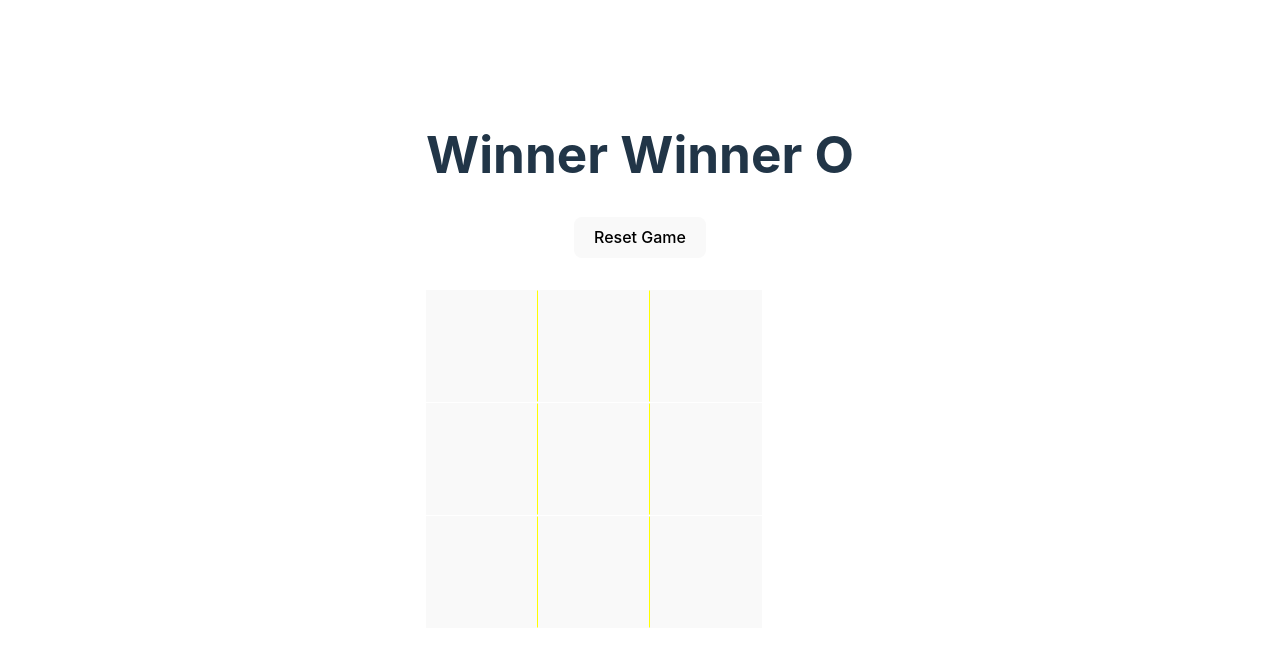
Repository: krbrennan/tic-tac-toe
Page: / (app in tic-tac-toe/)
These files come from the project's save history. The page is drawn as it stood at one moment and after the next save; the edit follows.
The browser window is 1280 px wide. The pictures show the whole page.
The project was rebuilt for these pictures with package versions that can differ from the ones it lists, and the page was loaded fresh each time. Also part of the build but not shown: tic-tac-toe/vite.config.js.

Above is the page before, as saved 2024-06-20 20:17:16.

After the next save:
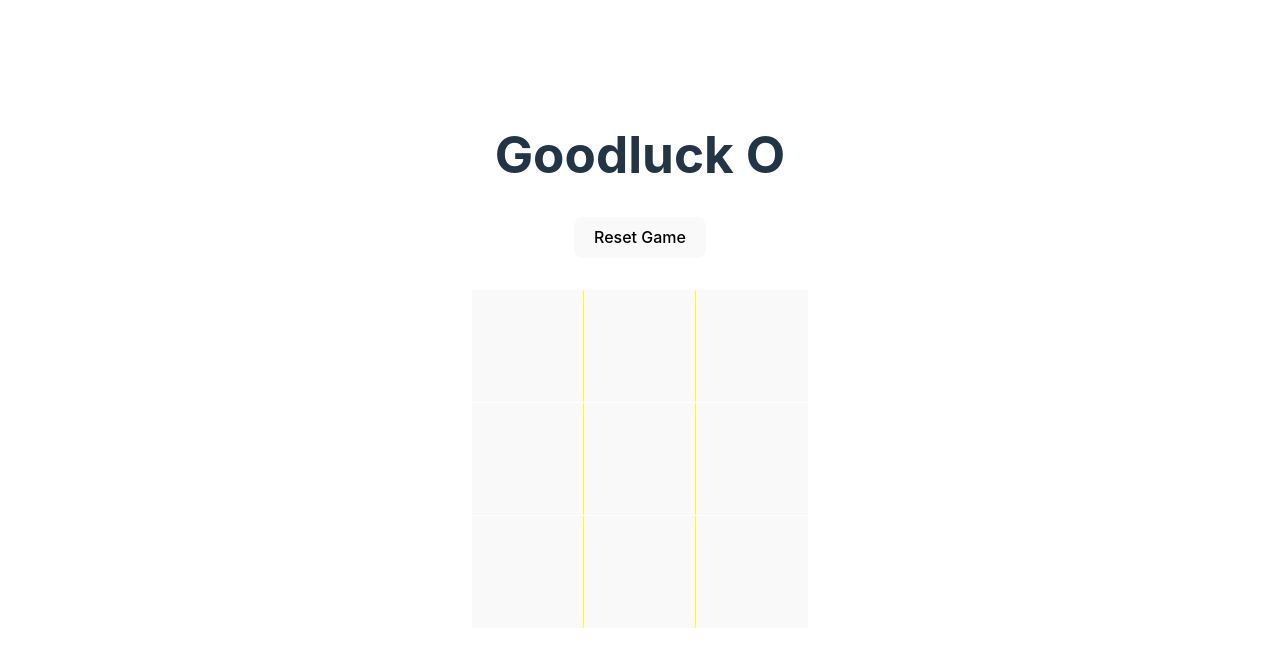
Saved 95 s later.
--- a/tic-tac-toe/src/App.jsx
+++ b/tic-tac-toe/src/App.jsx
@@ -143,11 +143,19 @@ function App() {
 // Winner winner container
     function WinnerWinner() {
 
-      return(
-        <div className="winner-winner-container">
-        <h1 className="winner-text">Winner Winner { xIsNext ? "O" : "X" }</h1>
-        </div>
-      )
+      if(isGameOver) {
+        return(
+          <div className="winner-winner-container">
+          <h1 className="winner-text">Winner Winner { xIsNext ? "O" : "X" }</h1>
+          </div>
+        )
+      } else {
+        return(
+          <h1>Goodluck { xIsNext ? "O" : "X"}</h1>
+        )
+      }
+
+
 
     }
 
